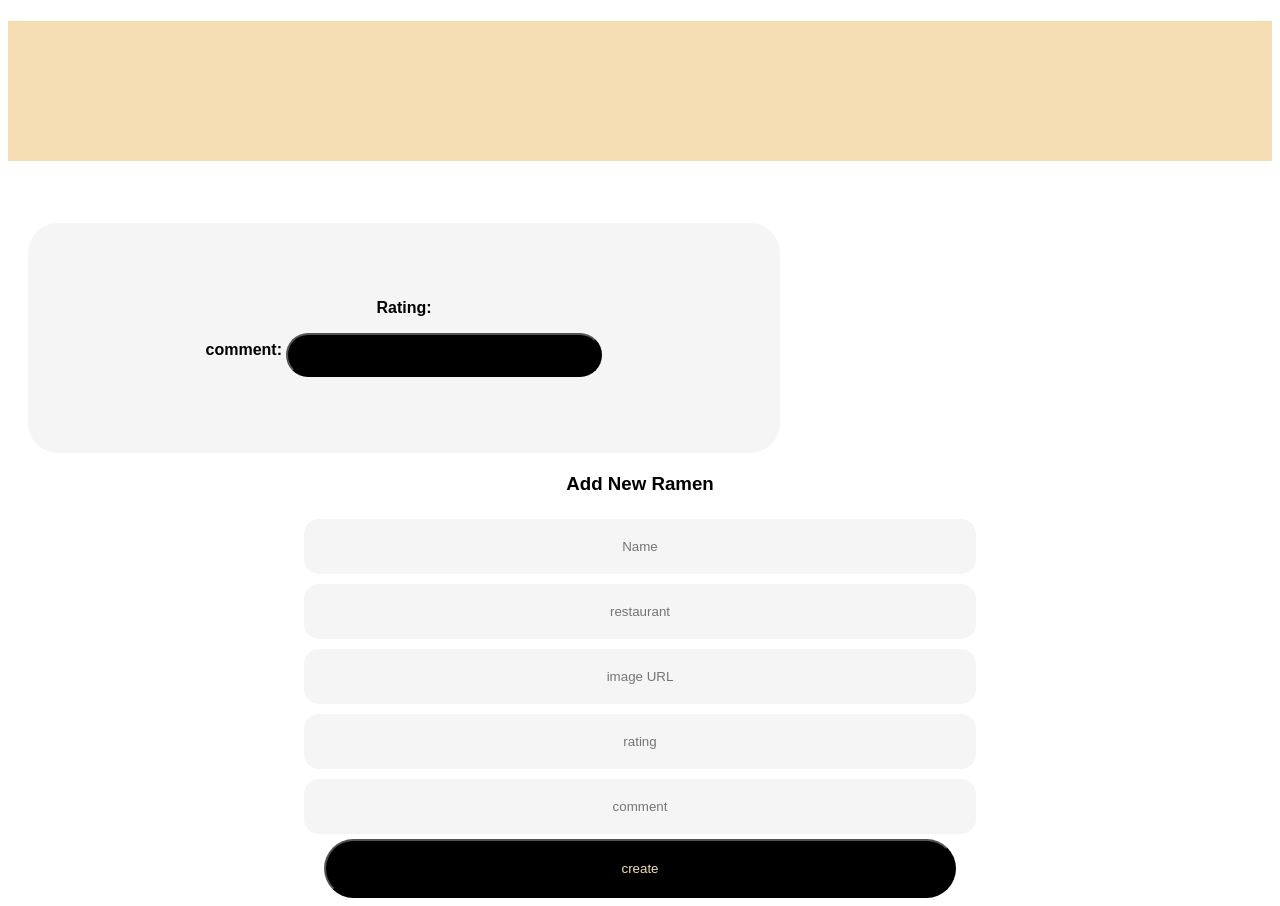
Repository: travinne/travthegr88
Page: code/ramen-rating-app/index.html
The author's editor kept a copy of each file at every save. The page is drawn from the files as they stood at one save, then again after the next save.
The browser window is 1280 px wide. The pictures show the whole page.

Above is the page before, as saved 2025-03-19 13:28:29.

### code/ramen-rating-app/index.html
<!DOCTYPE html>
<html lang="en">
<head>
    <meta charset="UTF-8">
    <meta name="viewport" content="width=device-width, initial-scale=1.0">
    <title>Document</title>
    <link rel="stylesheet" href="style.css">
    <script src="js/index.js" defer></script>
</head>
<body>

        <h1 id="title"></h1>
       <div id="main">
        <div id="ramen-menu">
        </div>
        <div >
            <form id="edit-ramen-form">
            <p><strong>Rating:</strong><span id="update Rating"min ="1" max ="5">
            <p><strong>comment:</strong><span id="update comment">
            <button id="delete-ramen"></delete button>
        </div>
        <div>
        <form id="new-ramen-form">
        <h3>Add New Ramen</h3>
        <input type="text" name="name" placeholder="Name"required>
        <input type="text" name="restaurant" placeholder="restaurant"required>
        <input type="url" name="image" placeholder="image URL"required>
        <input type="text" name="rating" placeholder="rating">
        <input type="text" name="comment" placeholder="comment">
        <button type="submit">create</button>
        </form>
        </div>
       </div>
</body>
</html>

### code/ramen-rating-app/style.css
* {
   font-family: Arial, sans-serif;
   text-align: center;


}

h1 {
   background:wheat;
   color:black;
   padding: 70px;
}

#ramen-menu {
   display: flex;
   justify-content: baseline;
   gap: 15px;
   padding: 10px;
   border-bottom: 2px ;

}

#ramen-image{
    height:200px;
    width: 200px;
}

form {
       background:whitesmoke;
       padding: 60px;
       width: 50%;
       margin: 20px ;
       border-radius: 30px;

   }

input {
       width: 50%;
       padding: 20px;
       margin: 5px;
       border: 5px; ;
       border-radius: 15px;
       background-color: whitesmoke;





      }

button {
          background-color:black;
          color: wheat;
          padding: 20px;
          cursor: pointer;
          border-radius: 30px;
          width: 50%;
}

button:hover {
          background-color:orangered;
      }

Loaded but not shown: code/ramen-rating-app/Js/index.js (no copy from this time; the picture is the same without it)

After the next save:
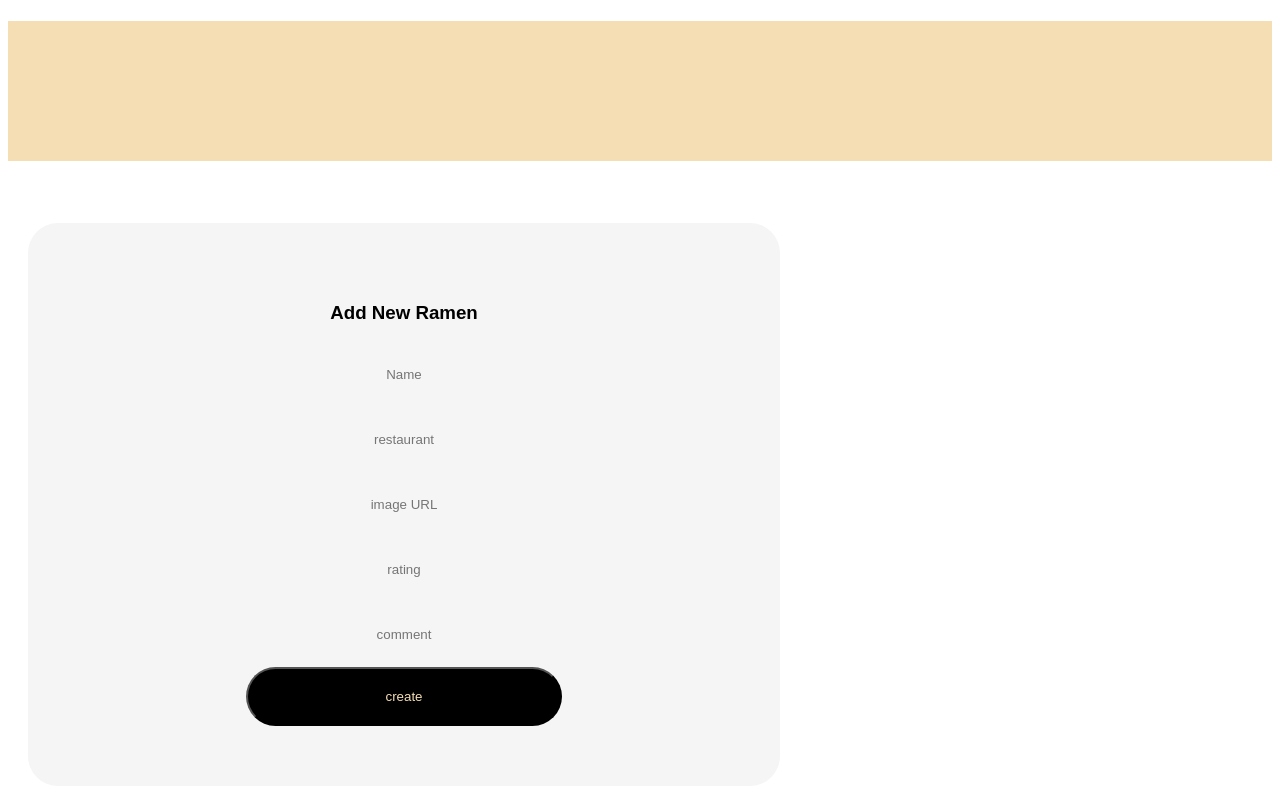
Saved 87 s later.
--- a/code/ramen-rating-app/index.html
+++ b/code/ramen-rating-app/index.html
@@ -13,12 +13,7 @@
        <div id="main">
         <div id="ramen-menu">
         </div>
-        <div >
-            <form id="edit-ramen-form">
-            <p><strong>Rating:</strong><span id="update Rating"min ="1" max ="5">
-            <p><strong>comment:</strong><span id="update comment">
-            <button id="delete-ramen"></delete button>
-        </div>
+
         <div>
         <form id="new-ramen-form">
         <h3>Add New Ramen</h3>

After the save that followed:
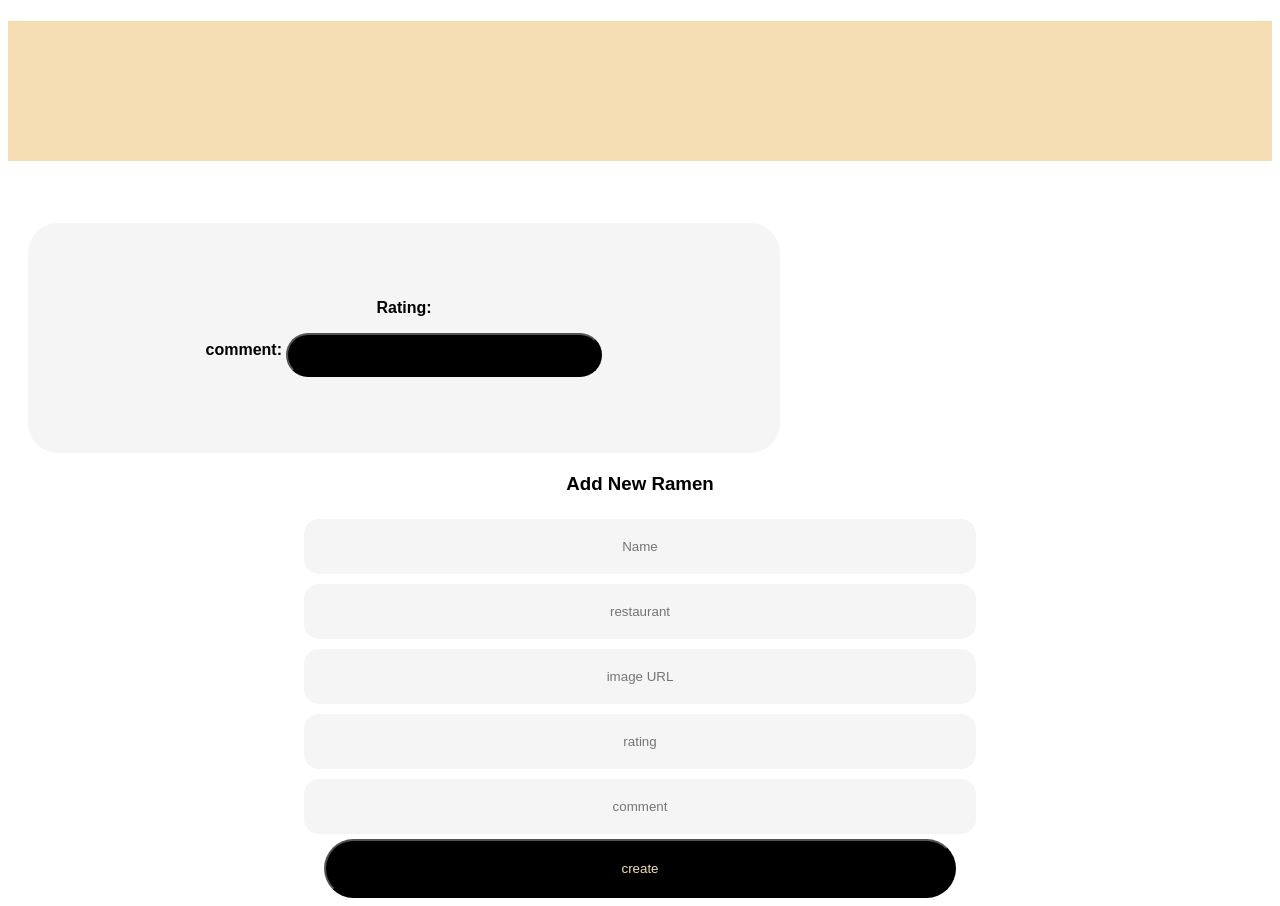
Saved 29 s later.
--- a/code/ramen-rating-app/index.html
+++ b/code/ramen-rating-app/index.html
@@ -13,7 +13,12 @@
        <div id="main">
         <div id="ramen-menu">
         </div>
-
+        <div >
+            <form id="edit-ramen-form">
+            <p><strong>Rating:</strong><span id="update Rating"min ="1" max ="5">
+            <p><strong>comment:</strong><span id="update comment">
+            <button id="delete-ramen"></delete button>
+        </div>
         <div>
         <form id="new-ramen-form">
         <h3>Add New Ramen</h3>
